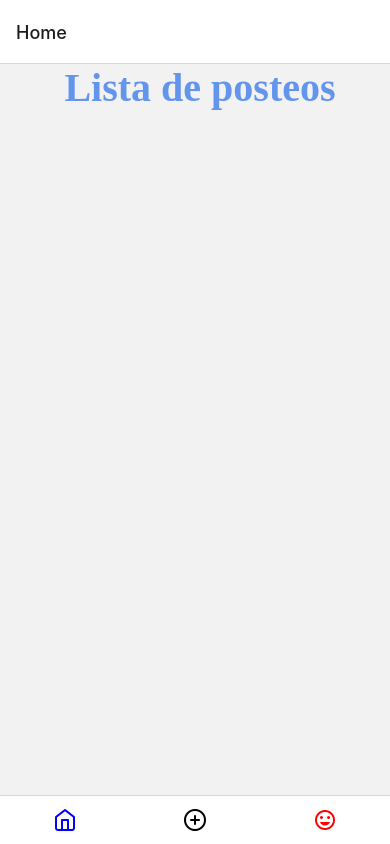
Repository: larafernandezo/finalprog3
Screen: /Menu
The author's editor kept a copy of each file at every save. The screen is drawn from the files as they stood at one save, then again after the next save.
The page's requests for data from a server got no answer. The app was drawn by React Native's web renderer in a window 390 px wide. The project was rebuilt for these pictures with package versions that can differ from the ones it lists, and the page was loaded fresh each time. No one was signed in, and anything a server would have sent is missing. Also part of the build but not shown: src/components/Camera.js, src/screens/Registro.js, src/components/Post.js, src/screens/MiPerfil.js, src/screens/NuevoPost.js, src/screens/Perfil.js.

Above is the screen before, as saved 2022-11-22 11:18:10.

### App.js
import { StyleSheet, View } from 'react-native';
import { NavigationContainer } from '@react-navigation/native';
import { createNativeStackNavigator } from '@react-navigation/native-stack';
import Registro from './src/screens/Registro';
import Login from './src/screens/Login';
import Home from './src/screens/Home';
import Menu from './src/components/Menu';
import Perfil from './src/screens/Perfil';


const Stack = createNativeStackNavigator();


function App() {
  return (
    <NavigationContainer>
      <Stack.Navigator>
        <Stack.Screen name='Login' component={Login} options= {{ headerShown : false}}/>
        <Stack.Screen name='Registro' component={Registro} options= {{ headerShown : false}}/>
        <Stack.Screen name='Home' component={Home} options= {{ headerShown : false}}/>
        <Stack.Screen name='Menu' component={Menu} options= {{ headerShown : false}}/>
      </Stack.Navigator>
    </NavigationContainer>
  );
};

export default App;

### src/screens/Login.js
import React, {Component} from 'react';
import {auth} from '../firebase/config';
import {View, Text, StyleSheet, TextInput, TouchableOpacity, Image} from 'react-native';

class Login extends Component {
    constructor(){
        super()
        this.state = {
            email: "",
            contraseña: "",
            error: ""
        }
    }

    componentDidMount(){
        auth.onAuthStateChanged(usuario => {
            if (usuario){
                this.props.navigation.navigate ("Menu")
            }
        })
    }

    iniciarUsuario(email, contraseña){
        auth.signInWithEmailAndPassword(email, contraseña)
            .then( res => {
                this.props.navigation.navigate("Menu")
            })
            .catch(error =>
                this.setState({
                error: error.message
            })
            )
    }

    render(){
        return(
            <View style={styles.fondo}>

            <Text style={styles.error}>{this.state.error}</Text>


                <Text style={styles.titulo}>Iniciar Sesión</Text>

                <View style={styles.caja}>
                <Text style={styles.error}>{this.state.error}</Text>
                    <TextInput
                        placeholder= 'Cuenta de Email'
                        keyboardType= 'email-address'
                        onChangeText={ texto => this.setState({email : texto})}
                        value = {this.state.email}
                        style={styles.fillin}
                    />
                    <TextInput
                        placeholder= 'Contraseña'
                        keyboardType= 'default'
                        secureTextEntry = {true}
                        onChangeText={ texto => this.setState({contraseña : texto})}
                        value = {this.state.contraseña}
                        style={styles.fillin}
                    />


{
                this.state.email =="" || this.state.contraseña =="" ?
                    <TouchableOpacity>
                        <Text style={styles.alerta}>Ingresar</Text>
                    </TouchableOpacity>
                :
                    <TouchableOpacity onPress={ () => this.iniciarUsuario (this.state.email, this.state.contraseña)} >
                        <Text style={styles.cont}>Ingresar</Text>
                    </TouchableOpacity>

}

                    <Text onPress={ () => this.props.navigation.navigate ('Registro')} style={styles.switch}>¿No tenés cuenta? Registrate haciendo click aquí</Text>
                </View>
            </View>
        )
    }
}

const styles = StyleSheet.create({
    fondo: {
        alignItems: 'center',
        backgroundColor: 'rgb(234, 242, 248)',
    },
    titulo: {
        color: 'rgb(52, 152, 219)',
        fontFamily: 'avenir',
        fontSize: 26,
        margin: 60,
    },
    caja:{
        backgroundColor: 'rgb(215, 219, 221)',
        borderRadius: 6,
        padding: 20,

    },
    fillin: {
        backgroundColor: 'rgb(253, 254, 254)',
        color: 'rgb(179, 182, 183)',
        fontFamily: 'avenir',
        fontSize: 13,
        margin: 10,
        borderRadius: 6,
        textAlign: 'center',
        padding: 5,
        textAlign: 'left',
    },
    cont: {
        fontFamily: 'avenir',
        fontSize: 14,
        margin: 10,
        backgroundColor: 'rgb(234,252,255)',
        borderRadius: 10,
        textAlign: 'center',
        padding: 5,
    },
    alerta: {
        fontFamily: 'avenir',
        fontSize: 14,
        margin: 10,
        backgroundColor: 'rgb(52, 152, 219)',
        borderRadius: 10,
        textAlign: 'center',
        padding: 5,
        color: 'rgb(234,252,255)',
    },
    switch: {
        fontFamily: 'avenir',
        fontSize: 10,
        margin: 4,
        textAlign: 'center',
        color:'rgb(77, 86, 86)',
    },
    error: {
        fontFamily: 'avenir',
        fontSize: 19,
        margin: 20,
        color: 'rgb(203, 67, 53)'
    },
})



export default Login;

### src/screens/Home.js
import React, { Component } from 'react';
import { View, Text, FlatList,  StyleSheet, TextInput} from 'react-native';
import Post from '../components/Post';
import { db } from '../firebase/config'


class Posts extends Component {

    constructor(props) {
        super(props)
        this.state = {
            posteos: [],
        }
    }

    componentDidMount() {
        db.collection('posts').onSnapshot(
            docs => {
                let posts = [];
                docs.forEach(doc => {
                    posts.push({
                        id: doc.id,
                        data: doc.data()
                    })
                })
                this.setState({
                    posteos: posts,
                })
            })
    }

    render() {
        return (
          //prueba1 descomento para ver si funca
            <View style={styles.view}>
            <Text style={styles.title}> Lista de posteos</Text>
            <FlatList
                    data={this.state.posteos}
                    keyExtractor={ item => item.id.toString()}
                    renderItem={ ({item}) => <Post postData={item} navigation={this.props.navigation} id={item.id}/>}
            />
            </View>
        )
    }
}
const styles = StyleSheet.create({

   title:{
        fontSize: 40,
        fontWeight:'bold',
        textAlign:'center',
        fontFamily: 'raleway heavy',
        color: 'rgb(100, 149, 237)'

    },
    view:{
        flex:1
    }
})

export default Posts;

### src/components/Menu.js
import { createBottomTabNavigator} from '@react-navigation/bottom-tabs';
import MiPerfil from '../screens/MiPerfil';
import NuevoPost from "../screens/NuevoPost"
import Home from '../screens/Home';
import { AntDesign, Ionicons } from '@expo/vector-icons';
import React, { Component } from 'react';
import { MaterialIcons } from '@expo/vector-icons';
import { Feather } from '@expo/vector-icons';

const Tab = createBottomTabNavigator();

function Menu () {
    return(
        <Tab.Navigator screenOptions = {{ tabBarShowLabel: false}}>
                <Tab.Screen name = "Home" component={ Home } options ={ { tabBarIcon: () => <Feather name="home" size={24} color="blue" /> } }  />
            <Tab.Screen name = "Postear" component={ NuevoPost }  options ={{ tabBarIcon: () => <Feather name="plus-circle" size={24} color="acqua" /> }}/>
            <Tab.Screen name = "Perfil" component={ MiPerfil } options={{ tabBarIcon: () => <MaterialIcons name="tag-faces" size={24} color="red" /> }}/>
        </Tab.Navigator>
    );
};

export default Menu;

### src/firebase/config.js
import app from 'firebase/app';
import firebase from 'firebase';

const firebaseConfig = {
    apiKey: "AIzaSyDPgkPZuV5RhBSI7u_oFMlRH3es895rxlU",
    authDomain: "finalprog3-bb705.firebaseapp.com",
    projectId: "finalprog3-bb705",
    storageBucket: "finalprog3-bb705.appspot.com",
    messagingSenderId: "894733539643",
    appId: "1:894733539643:web:6ef31fb78c2644aa783f1e"
  };

app.initializeApp(firebaseConfig);

export const auth = firebase.auth();
export const storage = app.storage();
export const db = app.firestore();

After the next save:
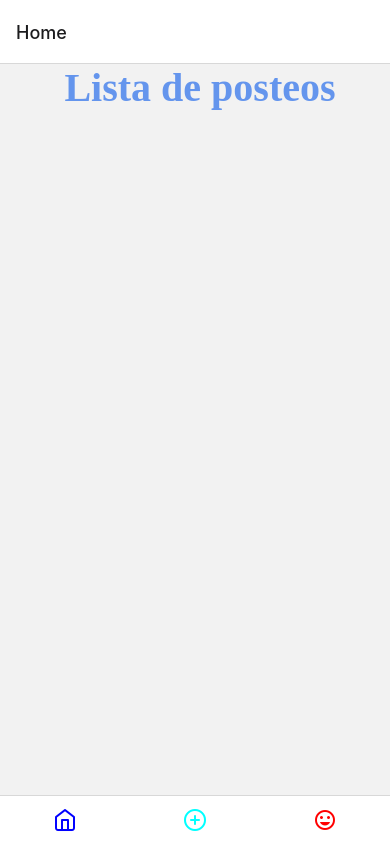
Saved 11 s later.
--- a/src/components/Menu.js
+++ b/src/components/Menu.js
@@ -13,7 +13,7 @@
     return(
         <Tab.Navigator screenOptions = {{ tabBarShowLabel: false}}>
                 <Tab.Screen name = "Home" component={ Home } options ={ { tabBarIcon: () => <Feather name="home" size={24} color="blue" /> } }  />
-            <Tab.Screen name = "Postear" component={ NuevoPost }  options ={{ tabBarIcon: () => <Feather name="plus-circle" size={24} color="acqua" /> }}/>
+            <Tab.Screen name = "Postear" component={ NuevoPost }  options ={{ tabBarIcon: () => <Feather name="plus-circle" size={24} color="aqua" /> }}/>
             <Tab.Screen name = "Perfil" component={ MiPerfil } options={{ tabBarIcon: () => <MaterialIcons name="tag-faces" size={24} color="red" /> }}/>
         </Tab.Navigator>
     );

After the save that followed:
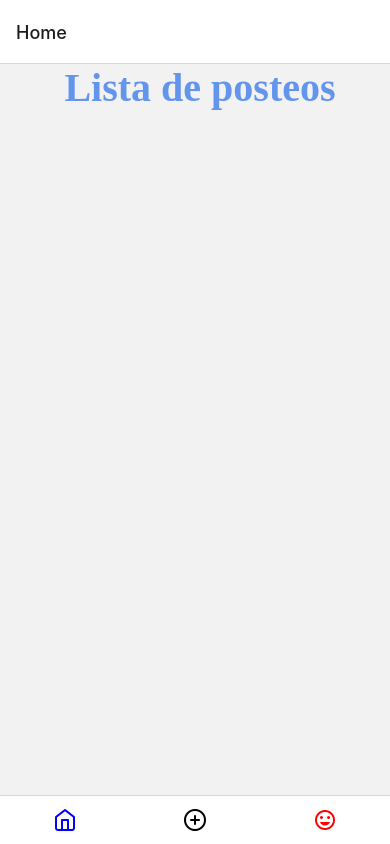
Saved 6 min 46 s later.
--- a/src/components/Menu.js
+++ b/src/components/Menu.js
@@ -13,7 +13,7 @@
     return(
         <Tab.Navigator screenOptions = {{ tabBarShowLabel: false}}>
                 <Tab.Screen name = "Home" component={ Home } options ={ { tabBarIcon: () => <Feather name="home" size={24} color="blue" /> } }  />
-            <Tab.Screen name = "Postear" component={ NuevoPost }  options ={{ tabBarIcon: () => <Feather name="plus-circle" size={24} color="aqua" /> }}/>
+            <Tab.Screen name = "Postear" component={ NuevoPost }  options ={{ tabBarIcon: () => <Feather name="plus-circle" size={24} color="Orchid" /> }}/>
             <Tab.Screen name = "Perfil" component={ MiPerfil } options={{ tabBarIcon: () => <MaterialIcons name="tag-faces" size={24} color="red" /> }}/>
         </Tab.Navigator>
     );
